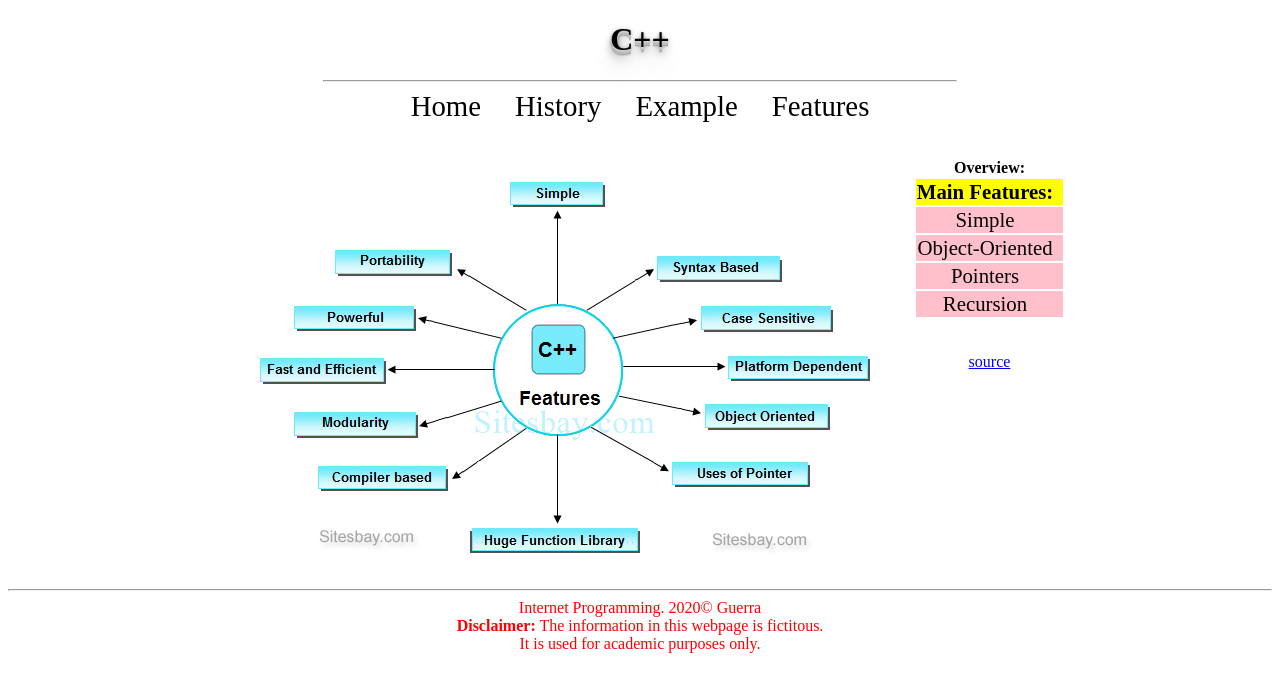
Repository: EricG831/a1
Page: a1/Features.html
The author's editor kept a record of every edit. The page is drawn from the files as they stood at one moment, then again after the next edit.
The browser window is 1280 px wide. The pictures show the whole page.
Some web fonts or font styles are not loaded; a fallback is used.

Above is the page before.

After the next edit:
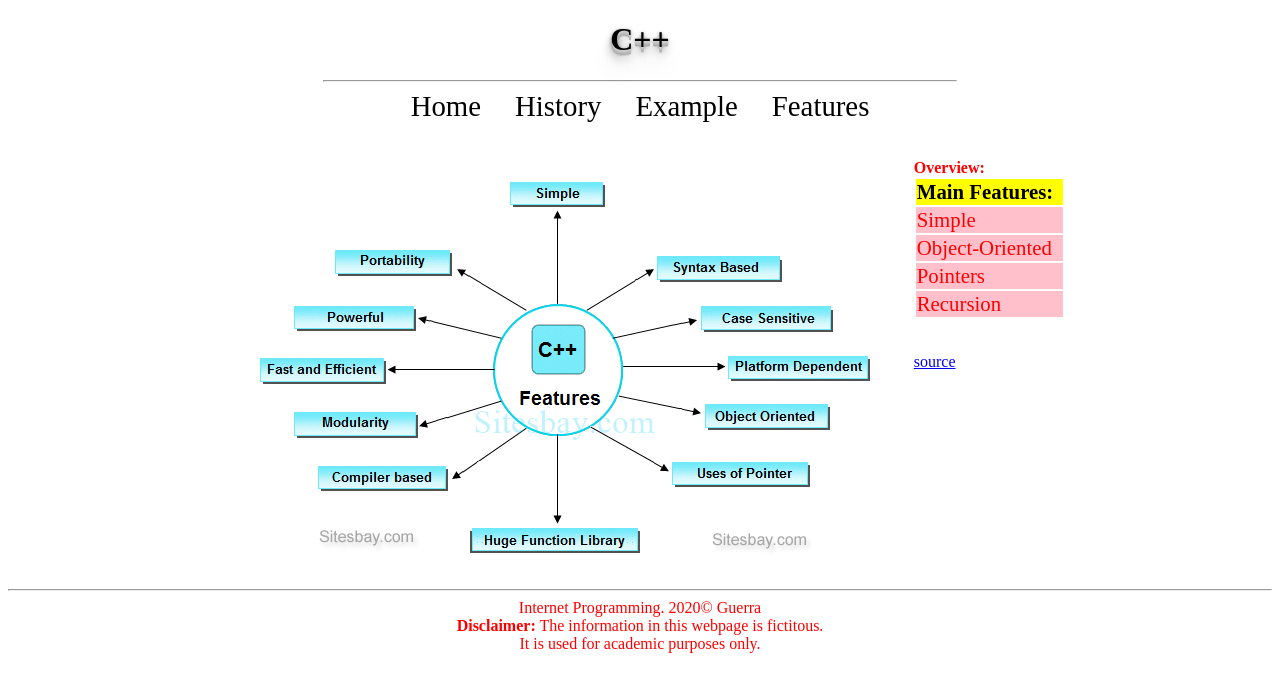
The edit:
--- a/a1/Features.html
+++ b/a1/Features.html
@@ -30,7 +30,7 @@
                 <img src="img/feat.png" alt="Picture Of Features" />
             </figure>
 
-            <div id:"FeaturesText">
+            <div id="FeaturesText">
                 <strong>Overview:</strong> <br />
 
                 <table>
